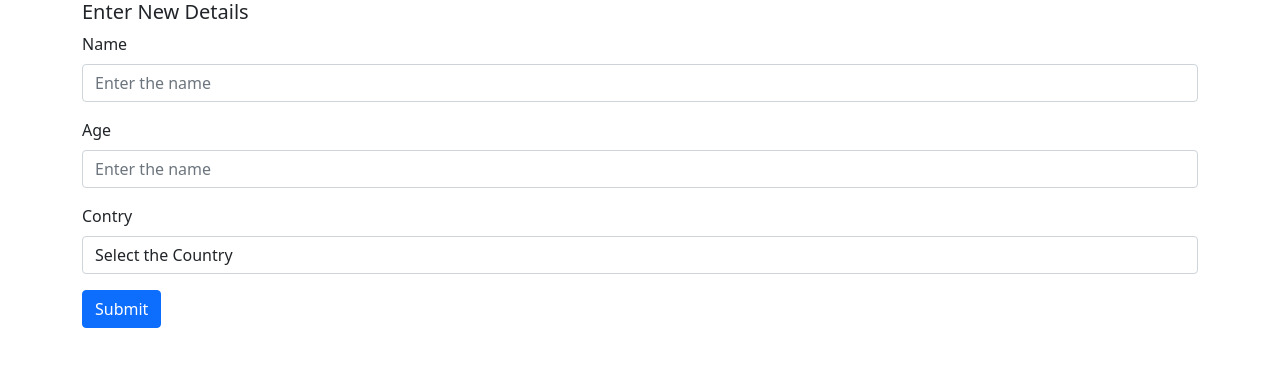
Repository: Sanjayjangra88/combo_app
Page: /
The author's editor kept a copy of each file at every save. The page is drawn from the files as they stood at one save, then again after the next save.
The browser window is 1280 px wide. The pictures show the whole page.
Some web libraries are served in a nearby version. The project was rebuilt for these pictures with package versions that can differ from the ones it lists, and the page was loaded fresh each time. Also part of the build but not shown: src/App.js.

Above is the page before, as saved 2022-06-02 11:48:23.

### public/index.html
<!DOCTYPE html>
<html lang="en">
  <head>
    <meta charset "UTF-8" />
    <link rel="icon" href="%PUBLIC_URL%/favicon.ico" />
    <meta name="viewport" content="width=device-width, initial-scale=1" />
    <meta name="theme-color" content="#000000" />
    <meta
      name="description"
      content="Web site created using create-react-app"
    />
    <link rel="apple-touch-icon" href="%PUBLIC_URL%/logo192.png" />
    <!--
      manifest.json provides metadata used when your web app is installed on a
      user's mobile device or desktop. See https://developers.google.com/web/fundamentals/web-app-manifest/
    -->
    <link rel="manifest" href="%PUBLIC_URL%/manifest.json" />
    <link href="https://cdn.jsdelivr.net/npm/bootstrap@5.0.2/dist/css/bootstrap.min.css" rel="stylesheet" integrity="sha384-EVSTQN3/azprG1Anm3QDgpJLIm9Nao0Yz1ztcQTwFspd3yD65VohhpuuCOmLASjC" crossorigin="anonymous">
    <!--
      Notice the use of %PUBLIC_URL% in the tags above.
      It will be replaced with the URL of the `public` folder during the build.
      Only files inside the `public` folder can be referenced from the HTML.

      Unlike "/favicon.ico" or "favicon.ico", "%PUBLIC_URL%/favicon.ico" will
      work correctly both with client-side routing and a non-root public URL.
      Learn how to configure a non-root public URL by running `npm run build`.
    -->
    <!-- Bootstrap CSS -->
    <link rel="stylesheet" href="https://cdn.jsdelivr.net/npm/bootstrap@4.0.0/dist/css/bootstrap.min.css" integrity="sha384-Gn5384xqQ1aoWXA+058RXPxPg6fy4IWvTNh0E263XmFcJlSAwiGgFAW/dAiS6JXm" crossorigin="anonymous">

    <title>React App</title>
  </head>
  <body>
    <noscript>You need to enable JavaScript to run this app.</noscript>
    <div id="root"></div>
    <script src="https://kit.fontawesome.com/9e06ebf41f.js" crossorigin="anonymous"></script>
    <!--
      This HTML file is a template.
      If you open it directly in the browser, you will see an empty page.

      You can add webfonts, meta tags, or analytics to this file.
      The build step will place the bundled scripts into the <body> tag.

      To begin the development, run `npm start` or `yarn start`.
      To create a production bundle, use `npm run build` or `yarn build`.
    -->
    <script src="https://code.jquery.com/jquery-3.2.1.slim.min.js" integrity="sha384-KJ3o2DKtIkvYIK3UENzmM7KCkRr/rE9/Qpg6aAZGJwFDMVNA/GpGFF93hXpG5KkN" crossorigin="anonymous"></script>
    <script src="https://cdn.jsdelivr.net/npm/popper.js@1.12.9/dist/umd/popper.min.js" integrity="sha384-ApNbgh9B+Y1QKtv3Rn7W3mgPxhU9K/ScQsAP7hUibX39j7fakFPskvXusvfa0b4Q" crossorigin="anonymous"></script>
    <script src="https://cdn.jsdelivr.net/npm/bootstrap@4.0.0/dist/js/bootstrap.min.js" integrity="sha384-JZR6Spejh4U02d8jOt6vLEHfe/JQGiRRSQQxSfFWpi1MquVdAyjUar5+76PVCmYl" crossorigin="anonymous"></script>
  </body>
</html>

### src/index.js
import React from 'react';
import ReactDOM from 'react-dom';
import './index.css';
import App from './App';
import reportWebVitals from './reportWebVitals';
import 'bootstrap/dist/css/bootstrap.min.css';

import DropDown1 from './Components/dropDown1';

ReactDOM.render(
  <React.StrictMode>
    <DropDown1/>
  </React.StrictMode>,
  document.getElementById('root')
);

// If you want to start measuring performance in your app, pass a function
// to log results (for example: reportWebVitals(console.log))
// or send to an analytics endpoint. Learn more: https://bit.ly/CRA-vitals
reportWebVitals();

### src/Components/dropDown1.jsx
import React, {Component} from 'react'
export class dropDown extends Component{
    state={
        persons:{name:"",age:"",country:""},
        countrys:[
            "United state of amarica",
            "Canada",
            "India",
            "United Kingdom",
        ]
    }
    handelChange=(e)=>{
        const {currentTarget:input}=e;
        let s1={...this.state};
        s1.persons[input.name]=input.value;
        this.setState(s1);

    }
    handelSubmit=(e)=>{
      e.preventDefault();
    }
    render(){
        const{name,age,country}=this.state.persons;
        const{countrys}=this.state;
        return(
            <div className="container">
                <h5>Enter New Details</h5>
                <div className="form-group">
                    <label>Name</label>
                    <input type="text"className="form-control"name="name"id="name"placeholder='Enter the name'value={name}onChange={this.handelChange} />
                </div>
                <div className="form-group">
                    <label>Age</label>
                    <input type="number"className="form-control"id="age"name='age' placeholder='Enter the name'value={age}onChange={this.handelChange} />
                </div>
                <div className="form-group">
                    <label>Contry</label>
                    <select className="form-control"name="country"id="country"value={country}onChange={this.handelChange}>
                        <option disabled value="">Select the Country</option>
                        {countrys.map((ele)=><option>{ele}</option>)}
                    </select>
                </div>
                <button className='btn btn-primary'onClick={this.handelSubmit}>Submit</button>
            </div>
        )


    }
}
export default dropDown

### src/App.css
*{
  margin: 0;
  padding: 0;
}
.slidebar{
  position: absolute;
  background-color: rgb(168, 165, 165);
  height: 100vh;
  width: 30vh;
  margin-right: 5px;
  transition: transform 0.3s ease-in;


}
.slidebar  li a{
  text-decoration: none;
  color:white;
}
.slidebar  li{
  list-style: none;
  font-size: 20px;
  padding: 13px 0;
  color:white;
}
.box{
  margin-left: 32vh;
}
div.d-flex.justify-content-between{
  margin-left: 30vh;
}

.th1{
  background-color: black;
  color: white;
  border: 1px solid black;
  text-align: center;
  padding-left: 15px;
  padding-right: 15px;
}
.col1 {
  border: 1px solid black;
  text-align: center;
  padding-left: 15px;
  padding-right: 15px;
}

### src/Components/dropDown5.jsx
import React, { Component } from 'react'

export class dropdown5 extends Component {
    state={
        // persons:{experience:""},
        persons:{experience:""},
        experiences:[
            "Fresher",
            "0-1 years",
            "1-3 years",
            "3-5 years",
            "5+ years"
        ],
        manager:{name:""},
        managers:[
            "Meg Smith","Bill Watson","Tim Gates","George Cook","Larry Gomes"
        ],
        servers: ["Development","Deployment","Alpha Test","Beta Test","BackUp"]
    }
    handelChange=(e)=>{
        const{currentTarget:input}=e;
        let s1={...this.state};
        input.type==="checkbox"
        ? input.name==="server" ? (s1.persons.server = this.updateCBs(input.checked,input.value,s1.persons.server))
            :(s1.persons[input.name]=input.checked)
            :(s1.persons[input.name]=input.value);
        s1.manager[input.name] = input.value;

        this.setState(s1);


    }
    updateCBs=(checked,value,arr)=>{
        if(checked)
            arr.push(value);

        else{
            let index = arr.findIndex((ele) =>ele === value);
            if(index >= 0) arr.splice(index,1);
        }
        return arr;

    }
  render() {
      const{experience,server}=this.state.persons;
      const{experiences}=this.state;
      const{name}=this.state.manager;
      const{managers,servers}=this.state;

    return (
      <div className='container'>
          <div className="form-group">
          <label>Experience</label>
          <select className="form-control"name="experience"id="experience"value={experience}onChange={this.handelChange}>
        <option disabled value="">Select the Experience</option>
        {experiences.map((ele)=><option>{ele}</option>)}
          </select>
          </div>
          {/* <label className="form-check-label font-weight-bold">Select Name</label>
          {managers.map((ele)=>(
              <div className="form-check">
                  <input
                  className='form-check-input'
                  type="radio"
                  name="name"
                  value={ele}
                  checked={name===ele}
                  onChange={this.handelChange}/>
                  <label className="form-check-label">{ele}</label>
              </div>
          ))} */}
           {/* <label className='form-check-label font-weight-bold'>Server</label>
              {servers.map((ele,index)=>(
                  <div className="form-check">
                      <input
                       className='form-check-input'
                       value={ele}
                       type="checkbox"
                       name="server"
                       checked={server.findIndex((st)=>st===ele)>=0}
                       onChange={this.handelChange}
                      />
                      <label className='form-check-label'>{ele}</label>
                  </div>
              ))} */}

      </div>
    )
  }
}

export default dropdown5

Loaded but not shown: src/index.css (common file); src/reportWebVitals.js (common file)

After the next save:
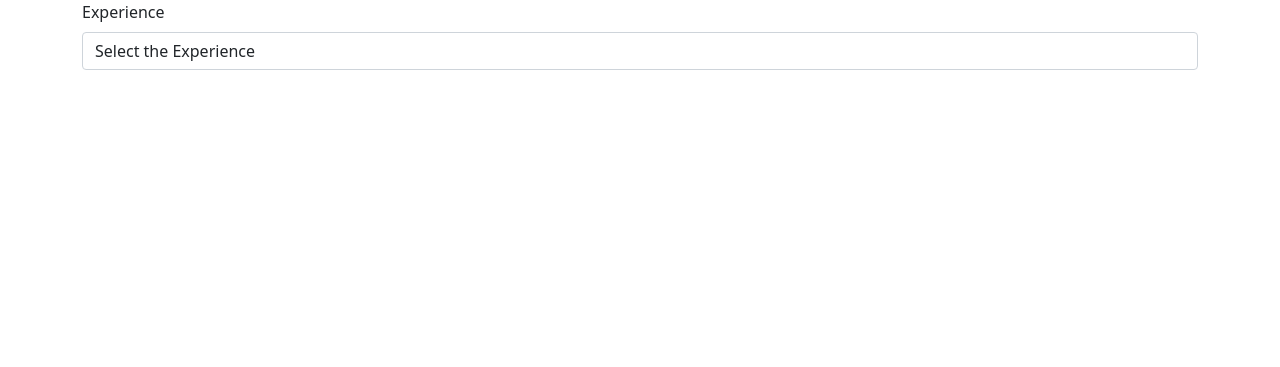
Saved 14 s later.
--- a/src/index.js
+++ b/src/index.js
@@ -5,11 +5,11 @@ import App from './App';
 import reportWebVitals from './reportWebVitals';
 import 'bootstrap/dist/css/bootstrap.min.css';
 
-import DropDown1 from './Components/dropDown1';
+import DropDown5 from './Components/dropDown5';
 
 ReactDOM.render(
   <React.StrictMode>
-    <DropDown1/>
+    <DropDown5/>
   </React.StrictMode>,
   document.getElementById('root')
 );
